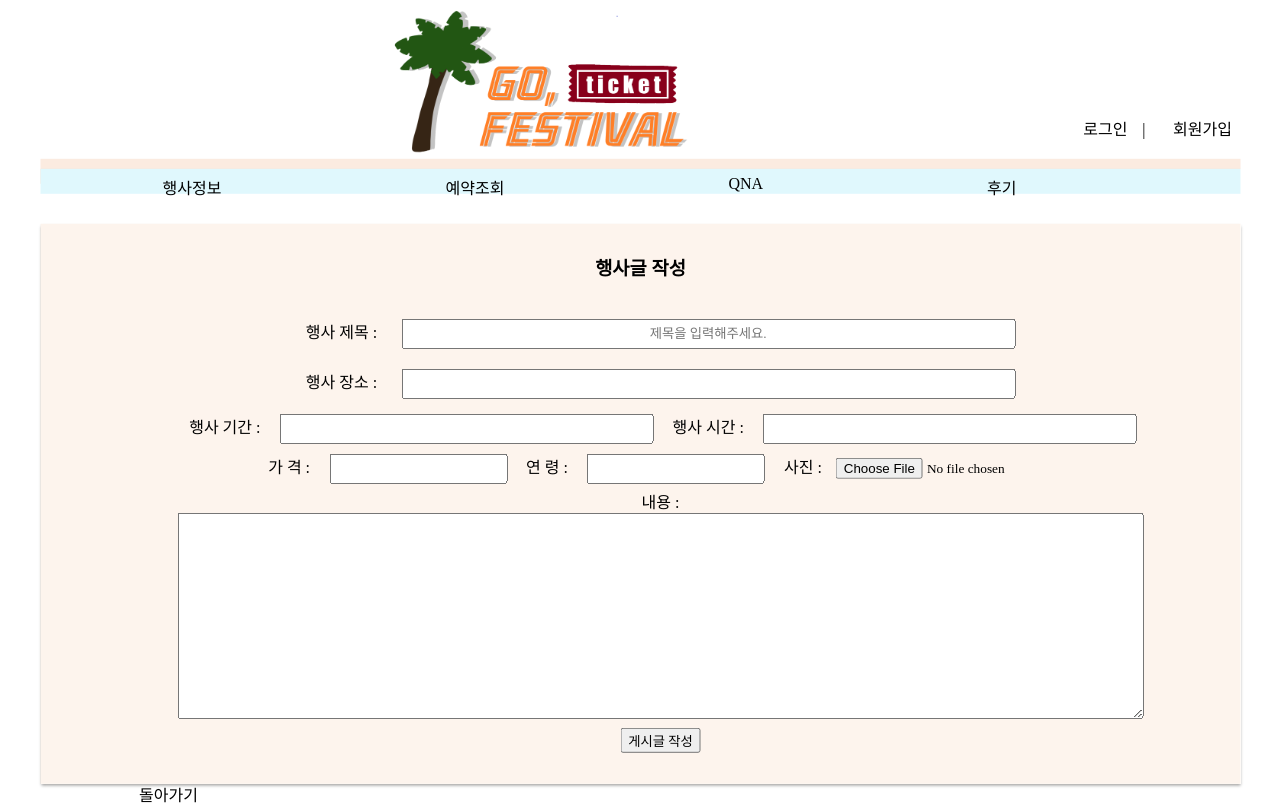
Repository: Changgyu1/Chang_Gu
Page: http://localhost/Project/Event_add.jsp
An editor plug-in stored every save of this project. The page is shown before and after the next save, followed by the edit.
The browser window is 1280 px wide. The pictures show the whole page.
Some web fonts or font styles are not loaded; a fallback is used. The page is served by Tomcat 9. Other server files are loaded and not shown.

Above is the page before, as saved 2023-11-14 05:24:40.

### Project/src/main/webapp/Event_add.jsp
<%@ page language="java" contentType="text/html; charset=UTF-8"
    pageEncoding="UTF-8"%>
<!DOCTYPE html>
<html>
<head>
<meta charset="UTF-8">
<title> 행사 게시판</title>
<link rel="stylesheet" href="./css/event.css">
<style>
        .event_form{
            padding: 10px;
            margin: 10px;
            text-align: center;
            width: 100%;
        }
        #event_name,#event_location{
            padding: 5px;
            margin: 10px;
            width: 50%;
        }
        #event_day,#event_time{
            padding: 5px;
            margin: 5px;
            width: 30%;
        }
        #event_price,#event_age{
            padding: 5px;
            margin: 5px;
        }
        #event_explain{
            width: 80%;
            height: 200px;
        }
        .sel{
            margin: 5px;
        }
        label{
        margin: 10px;

        }
</style>
</head>
<body>
<div class="my-div">
<img src="./image/로고1.png" id="logo">
 <!--로그인 버튼-->
    <div style="text-align: right; width: 1215px;">
    <%
    	if(session.getAttribute("email")!=null){
    %>
	 	<button type="button" onclick="location.href='logout.jsp'" style="width:75px;">로그아웃</button>
	 	 <h>|</h>
	    <button type="button" onclick="location.href='mypageServlet?email=<%=session.getAttribute("email")%>'" style="width:100px;">마이페이지</button>
	 <%
    	}else{
	 %>
		 <button type="button" onclick="location.href='login.jsp'" style="width:60px;">로그인</button>
		 <h>|</h>
	    <button type="button" onclick="location.href='join.jsp'" style="width:100px;">회원가입</button>
	  <%
    	}
	  %>

	</div>
	<!-- 메뉴바 -->
	<div id="buttons">
		<ul>
			<li onclick="location.href='review_list.jsp'">후기</li>
			<li onclick="location.href='Qna_List.jsp'">QNA</li>
			<li onclick="location.href='reservation_search.jsp'">예약조회</li>
			<li onclick="location.href='Event_List.jsp'">행사정보</li>
		</ul>
	</div>

    <!-- 가운데 가장 큰 박스 -->
	<div id="background">

	<h3 style="text-align:center;">행사글 작성</h3>
	<div id="whitebox">
	<div>
<form action="EventServlet" method="post" enctype="multipart/form-data">
	<div class="event_form">
	<label for="event_name">행사 제목 : </label>
	<input type="text" placeholder="제목을 입력해주세요." id="event_name" name="event_name" required style="text-align:center;"><br>

    <label for="event_location">행사 장소 : </label>
	<input type="text" id="event_location" name="event_location" required> <br>

	<label for="event_day"> 행사 기간 : </label>
	<input type="text" id="event_day" name="event_day" required>

	<label for="event_time">행사 시간 : </label>
	<input type="text" id="event_time" name="event_time" required> <br>



	<label for="event_price">가 격 : </label>
	<input type="number" id="event_price" name="event_price" required>

	<label for="event_age">연 령 : </label>
	<input type="number" id="event_age" name="event_age" required>
    <label for="event_img">사진 : </label>
	<input type="file" name="event_img" id="event_img" required><br>

	<label for="event_explain">내용 : </label> <br>
	<textarea type="text"  id="event_explain" name="event_explain" required style="text-align:center;"> </textarea><br>



	<input type="submit" value="게시글 작성" class="sel">
	</div>
	</div>
</form>
<button onclick="location.href='Event_List.jsp'">돌아가기</button>

	</div>
	</div>
</div>

</body>
</html>

### Project/src/main/webapp/css/event.css
@font-face {
    font-family: 'NanumSquareNeo-Variable';
    src: url('https://cdn.jsdelivr.net/gh/projectnoonnu/noonfonts_11-01@1.0/NanumSquareNeo-Variable.woff2') format('woff2');
    font-weight: normal;
    font-style: normal;
}

    *{
    font-family: 'NanumSquareNeo-Variable';
    }

     body{
 	   	 position: absolute;
            padding: 20px;
            top: 50%;
            left: 50%;
            transform: translate(-50%, -50%);
    }



    #logo{
        width:300px;
        margin-left:350px;
        margin-bottom:-56px;
        margin-top:50px;
    }


       #searchbox{
     margin-right:100px;
        }


    #buttons{
        background:rgba(150, 230, 248, 0.295);
        height: 25px;
        width: 1200px;
        box-shadow: 0px -10px 0px rgba(249, 220, 201, 0.575);
        margin-top: 25px;

    }

    button{
        border:none;
        background:none;
        margin: 3px;
        font-size: 16px;
        width: 250px;

    }

    #background{
        background-color:rgba(249, 220, 201, 0.326);
        width: 1200px;
        height: 550px;
        margin-top: 30px;

        box-shadow: 0px 2px 3px rgb(161, 160, 159);
        padding-top:10px;

    }



    #reviewbox{

    	padding-top:20px;
    	max-width: 1000px;
        height: 450px;
        margin-left:auto;
        margin-right:auto;
        background-color: #ffffff;
        text-align:center;
        box-shadow: 0px 1px 3px rgb(161, 160, 159);
        margin-top : 20px;


    }


    #review{
    margin:10px;
    width:700px;
    height:250px;

    }

    #review_title{
    margin:10px;
     width:700px;
    height:30px;

    }



    h2{
    font-family: 'NanumSquareNeo-Variable';
 	margin-top:0px;
    text-align: center;
    }


    #list{

            background-color: rgba(149, 150, 149, 0.055);
            border: 1px solid gray;
            border-collapse: collapse;
            padding: 10px;
            width:900px;
            text-align: center;
            margin-left:auto;
   			margin-right:auto;

        }


        th{

            background-color: rgba(161, 161, 161, 0.377);

        }

        th,td{

            border: 1px solid gray;
            padding: 10px;
        }

        #textbox{
        margin-right:100px;
        }

ul{
		list-style:none;
	}
	li{
		float:right;
		margin: 6px 224px 0px 0;
	}

	input{
	border-box: solid 5px;
	}

After the next save:
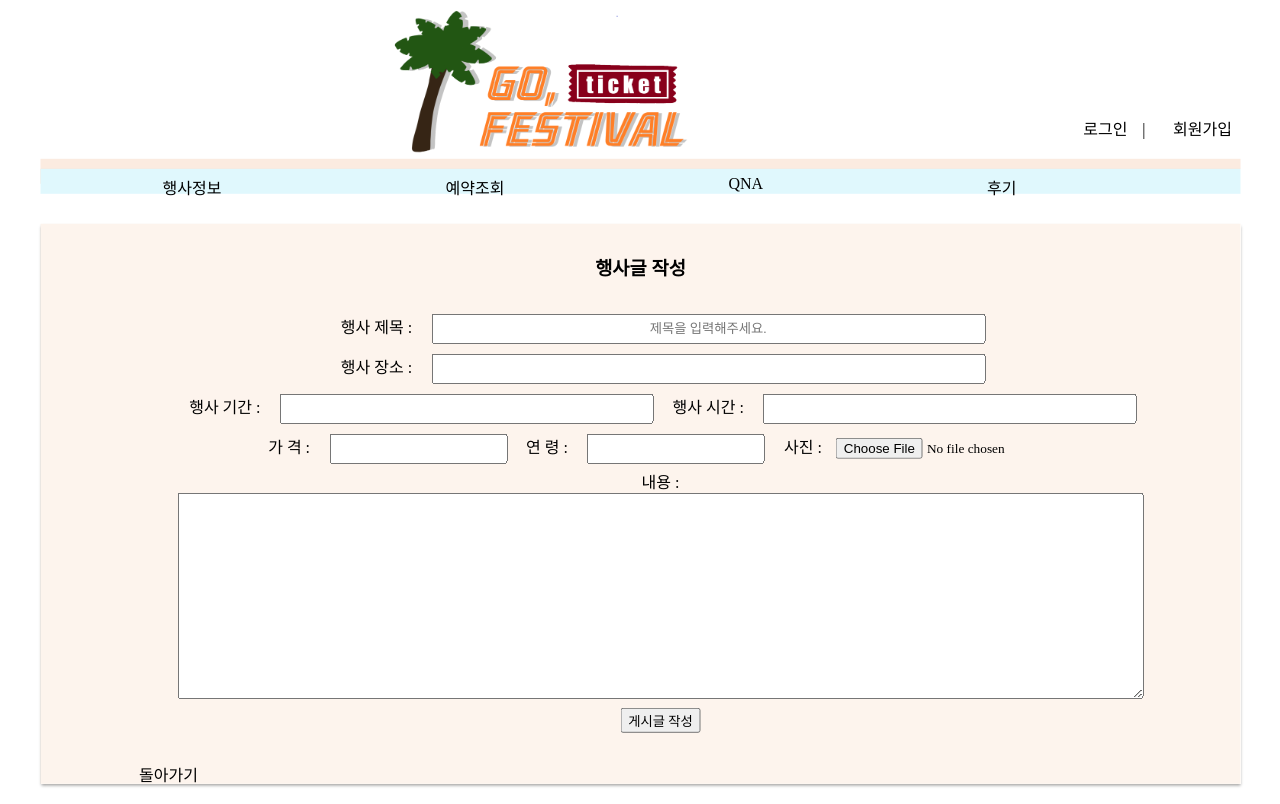
Saved 4 s later.
--- a/Project/src/main/webapp/Event_add.jsp
+++ b/Project/src/main/webapp/Event_add.jsp
@@ -15,8 +15,8 @@
         }
         #event_name,#event_location{
             padding: 5px;
-            margin: 10px;
-            width: 50%;
+            margin: 5px;
+            width: 45%;
         }
         #event_day,#event_time{
             padding: 5px;
